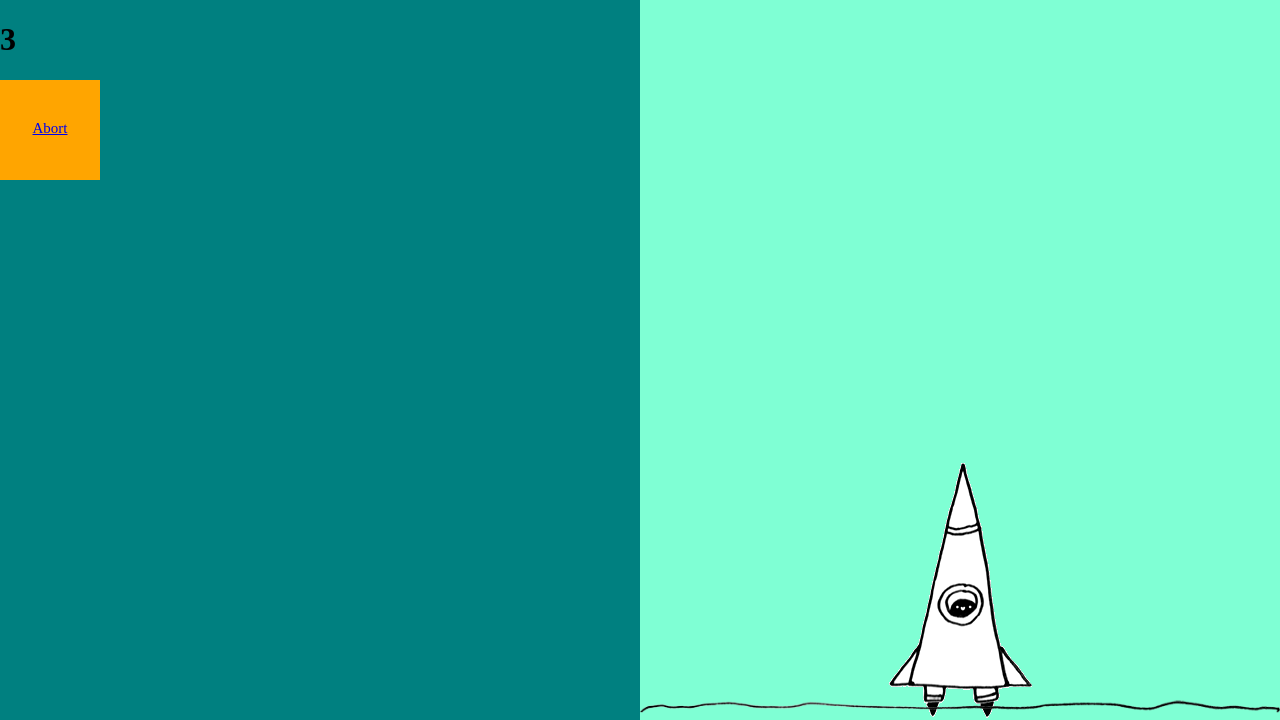
Repository: alcarrizo/Rocket-launch
Page: index.html
The author's editor kept a copy of each file at every save. The page is drawn from the files as they stood at one save, then again after the next save.
The browser window is 1280 px wide. The pictures show the whole page.
After loading, the first visible `a.button` was clicked once.

Above is the page before, as saved 2022-10-20 17:31:35.

After the next save:
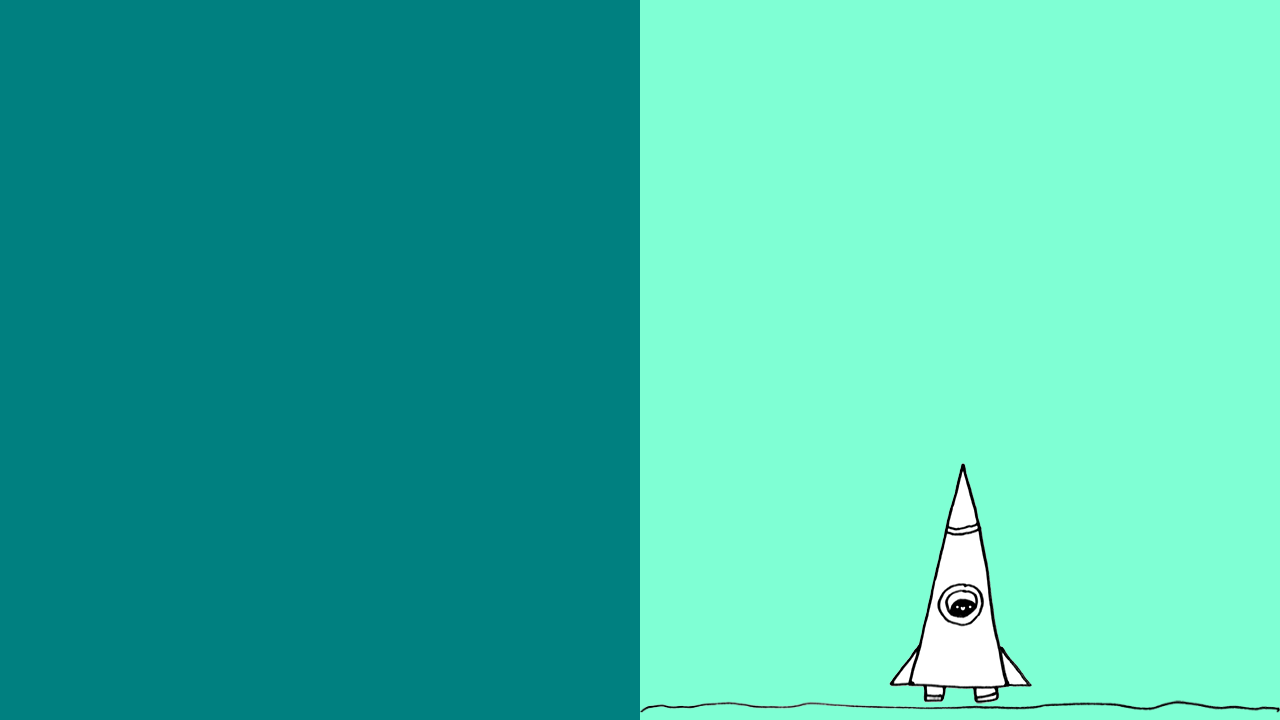
Saved 10 s later.
--- a/js/script.js
+++ b/js/script.js
@@ -28,7 +28,7 @@ var changeState = function (state) {
             CountDownNum -= 1;
             document.getElementById('countdown').innerHTML = CountDownNum;
             if (CountDownNum == 5) {
-                document.body.className = 'body-state' + state;
+                document.body.className = 'nervous.show';
             };
             if (CountDownNum == 3) {
                 //Can't wait

After the save that followed:
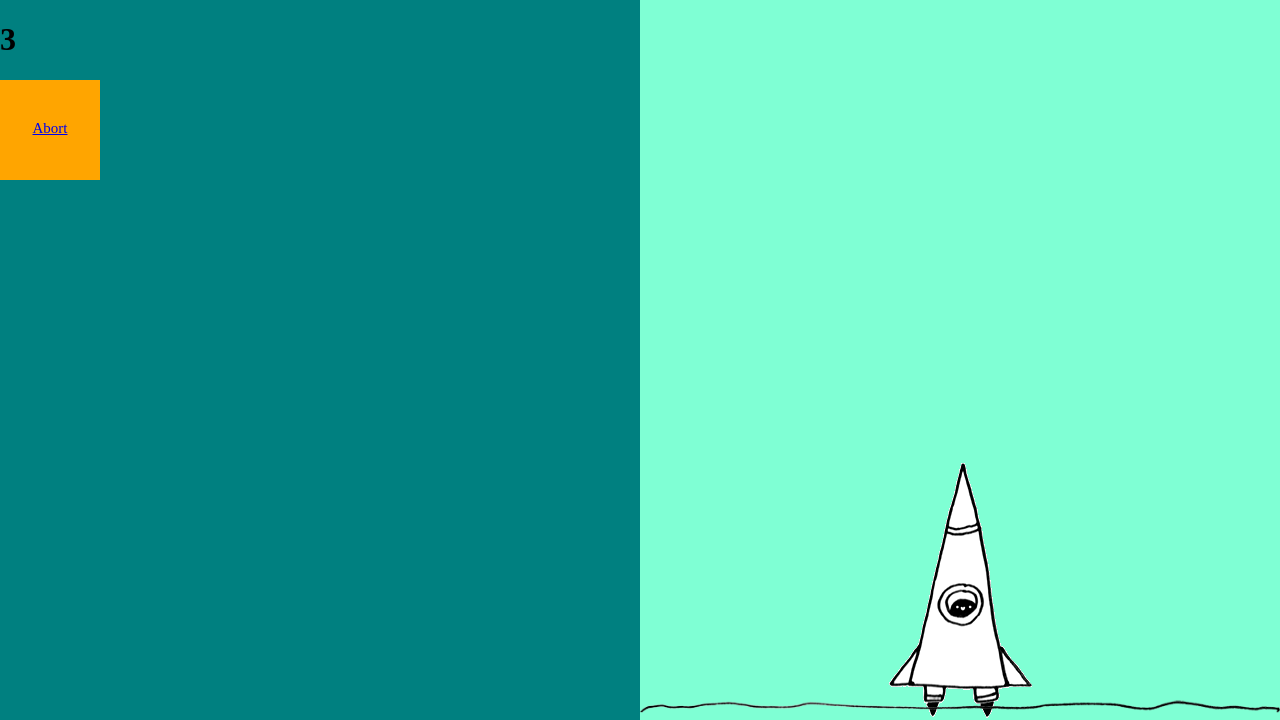
Console error: ReferenceError: Invalid left-hand side in assignment
Saved 15 s later.
--- a/js/script.js
+++ b/js/script.js
@@ -28,7 +28,7 @@ var changeState = function (state) {
             CountDownNum -= 1;
             document.getElementById('countdown').innerHTML = CountDownNum;
             if (CountDownNum == 5) {
-                document.body.className = 'nervous.show';
+                document.getElementById('nervous') = 'nervous.show';
             };
             if (CountDownNum == 3) {
                 //Can't wait
